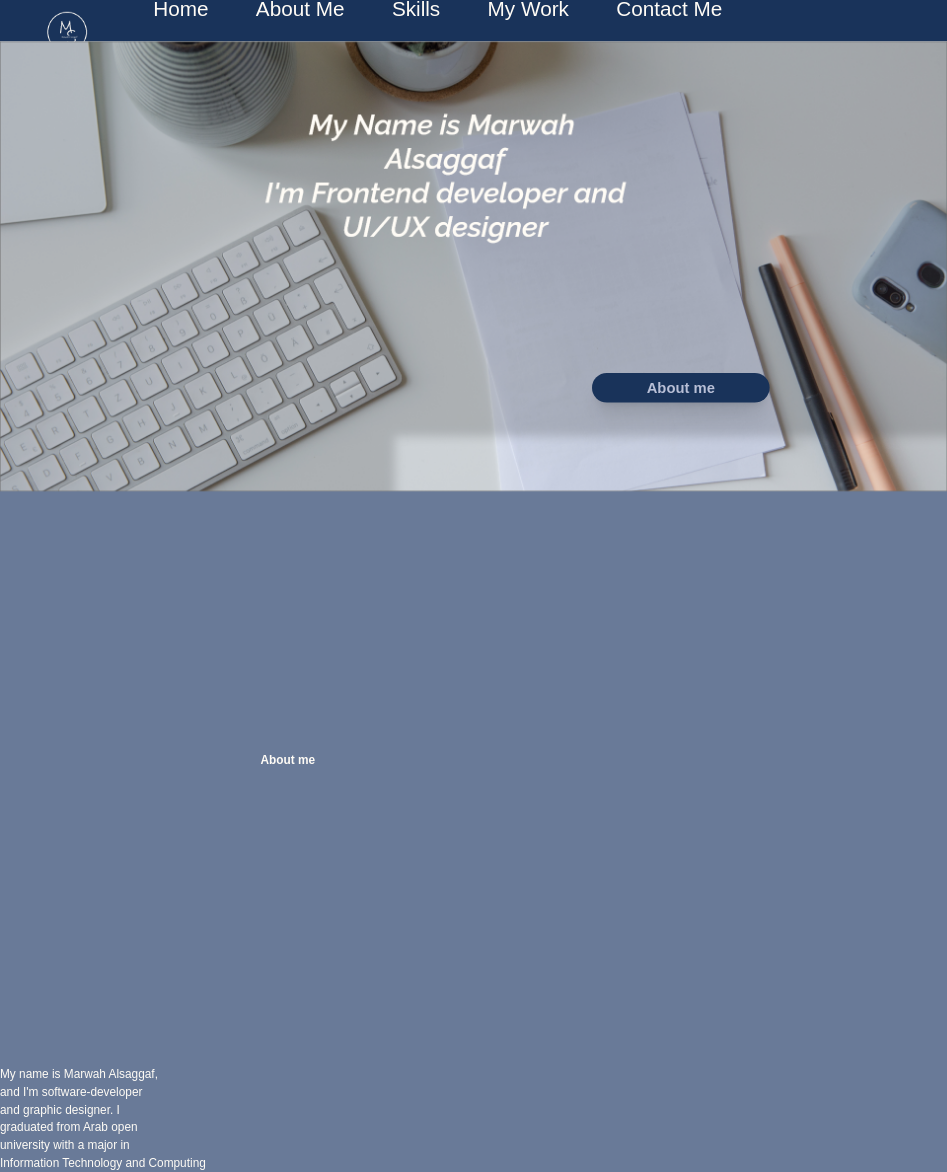
Repository: MEROO1010/my_portfolio
Page: /
The author's editor kept a copy of each file at every save. The page is drawn from the files as they stood at one save, then again after the next save.
The browser window is 1280 px wide. The pictures show the whole page, at 74% of full size.
The project was rebuilt for these pictures with package versions that can differ from the ones it lists, and the page was loaded fresh each time. The framework's server and built-in components were replaced by stand-ins that run in the browser. Also part of the build but not shown: next.config.js.

Above is the page before, as saved 2023-03-10 02:25:03.

After the next save:
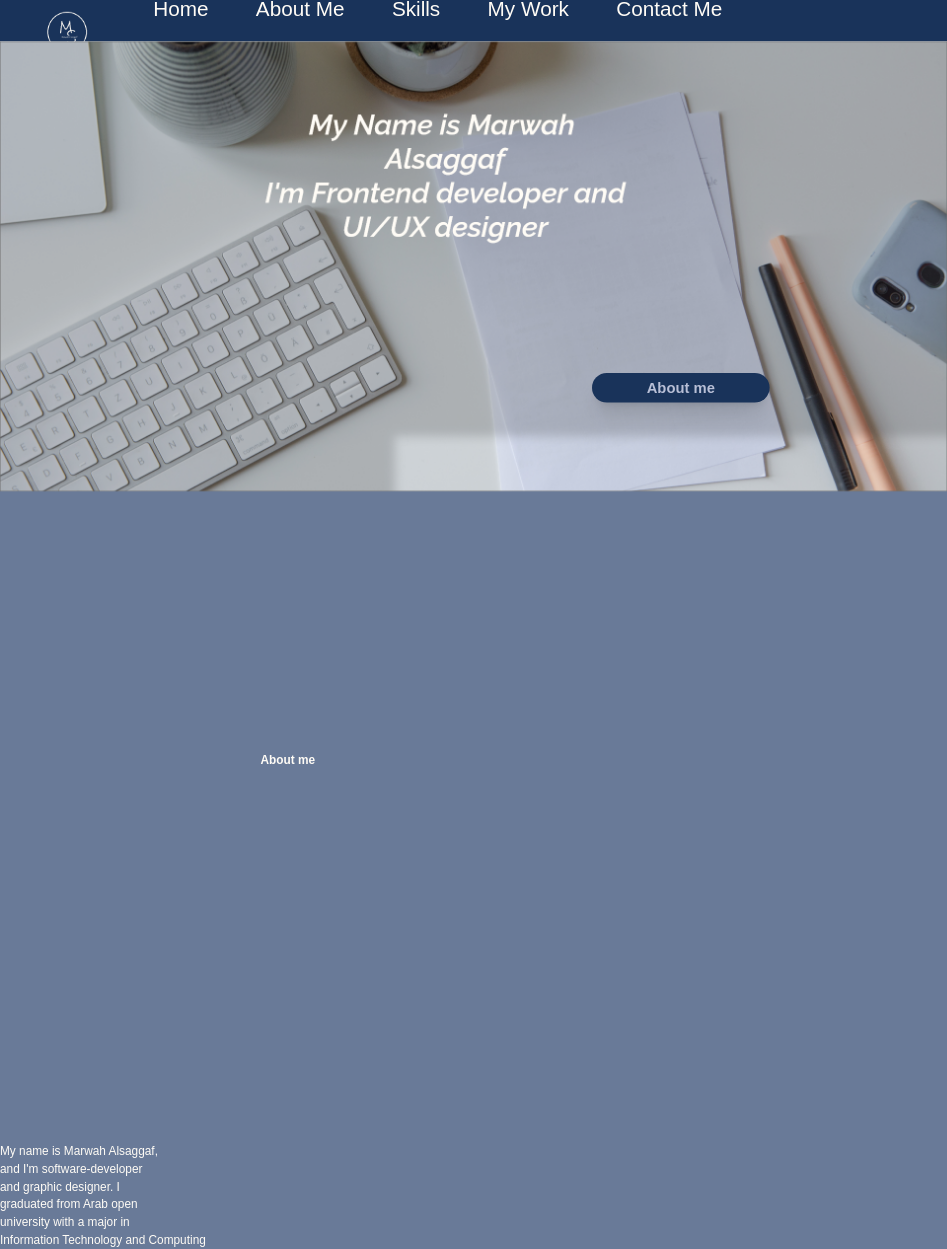
Saved 8 s later.
--- a/pages/components/AboutMe.tsx
+++ b/pages/components/AboutMe.tsx
@@ -12,7 +12,7 @@ const AboutMe = () => {
 
 
         <div className="text-[#FFFCF6] ">
-            <h1 className=" relative py-18 my-14  px-40 mx-60 bottom-80 right-12 font-raleway font-bold ">About me</h1>
+            <h1 className=" relative py-18 my-40  px-40 mx-60 bottom-80 right-12 font-raleway font-bold ">About me</h1>
             <br/>
             <p className='font-raleway font-italic'>
             My name is Marwah Alsaggaf,<br/> and I'm software-developer <br/>
